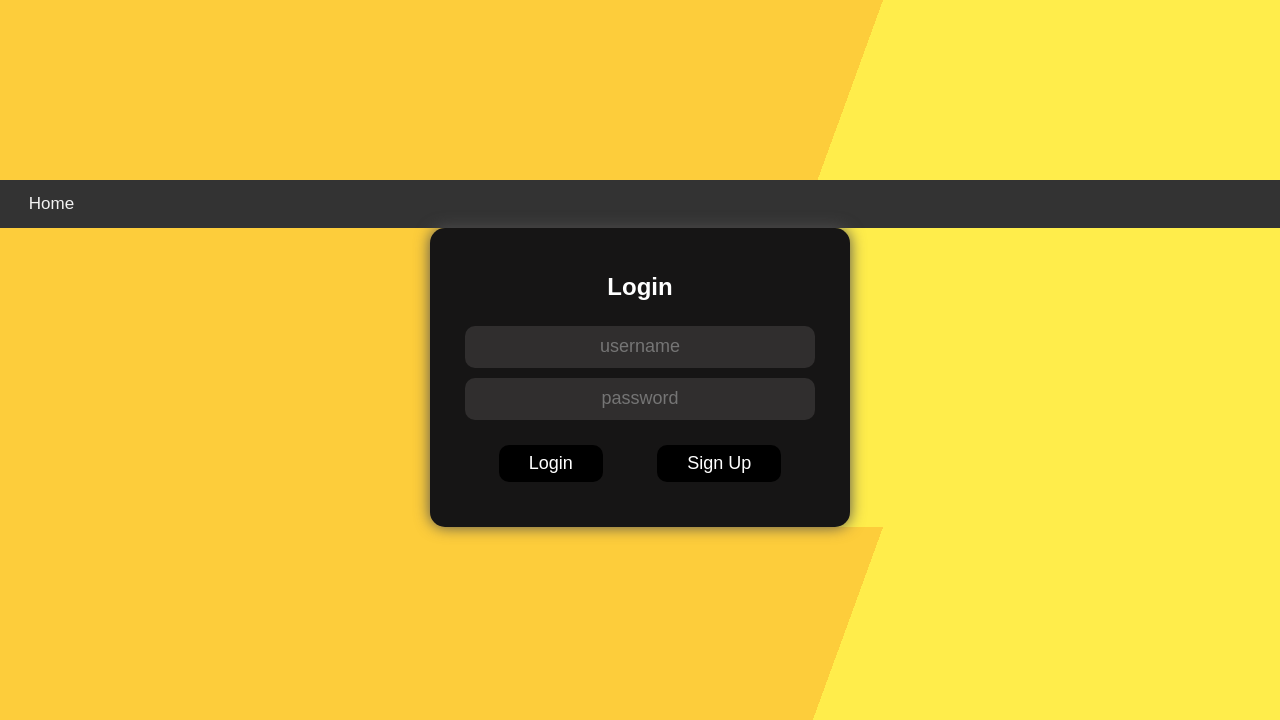
Repository: JohnRudolph1/Movie-Blog
Page: html/login.html
An editor plug-in stored every save of this project. The page is shown before and after the next save, followed by the edit.
The browser window is 1280 px wide. The pictures show the whole page.

Above is the page before, as saved 2022-01-03 11:53:31.

After the next save:
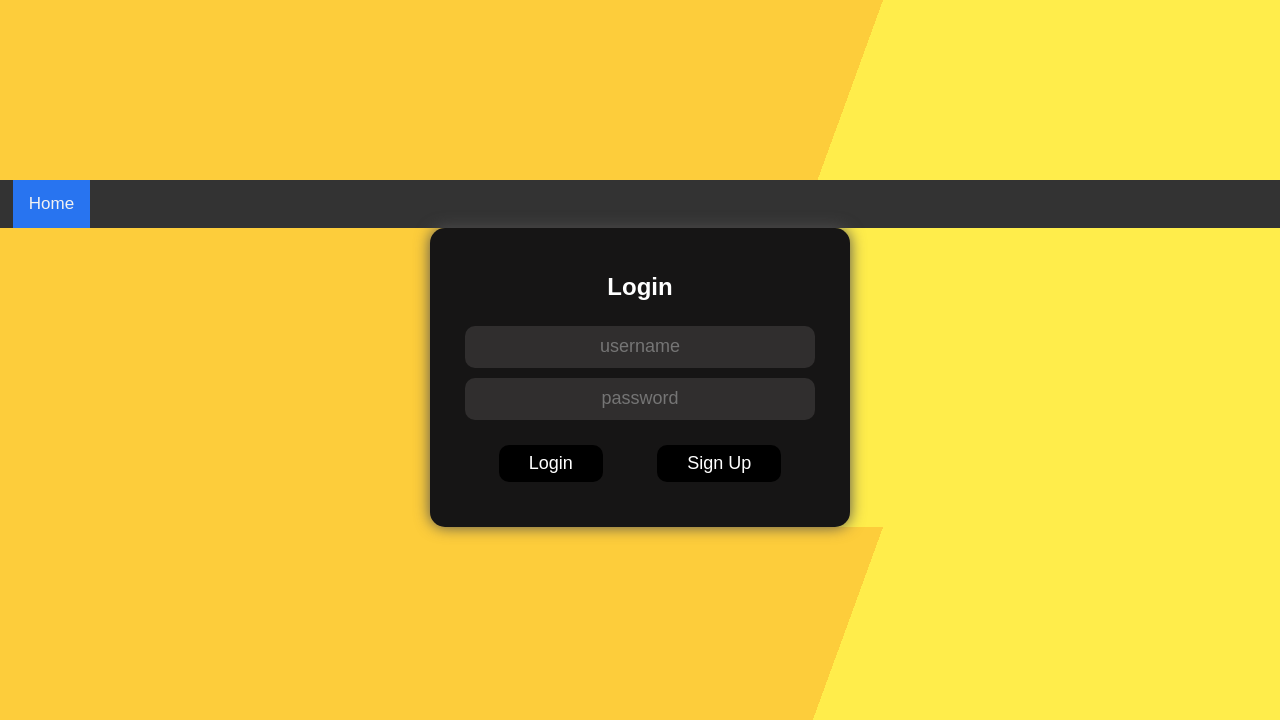
Saved 37 s later.
--- a/css/login.css
+++ b/css/login.css
@@ -51,3 +51,30 @@ button{
 button:hover{
     background-color:
 }
+
+.topnav {
+    overflow: hidden;
+    background-color: #333;
+    font-family: "Oswald", sans-serif;
+  }
+
+  .topnav a {
+    float: left;
+    display: block;
+    color: #f2f2f2;
+    text-align: center;
+    padding: 14px 16px;
+    margin: 0 1%;
+    text-decoration: none;
+    font-size: 17px;
+    transition: 0.5s;
+  }
+
+  .active {
+    background-color: #2874f0;
+    color: white;
+  }
+
+  .topnav .icon {
+    display: none;
+  }
